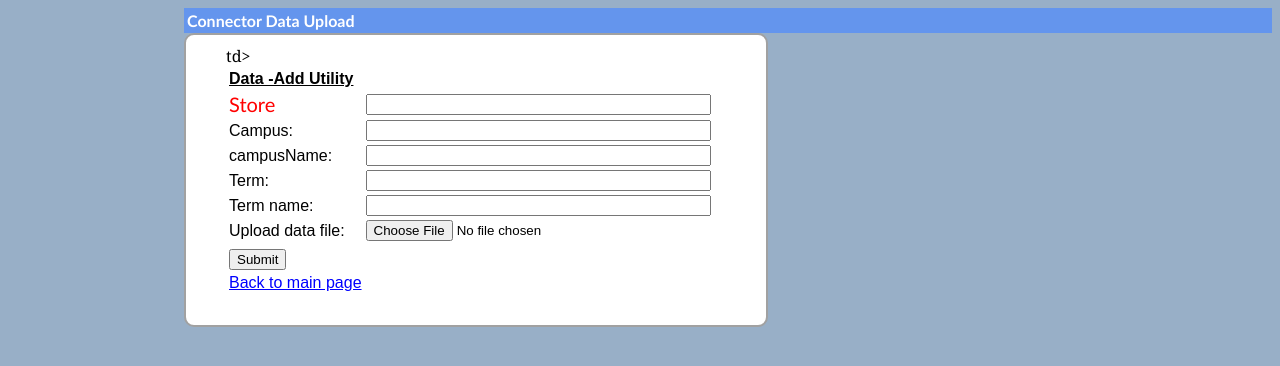
Repository: caditya/Dataupload
Page: http://localhost/connectordata/WEB-INF/views/datainput.jsp
The author's editor kept a copy of each file at every save. The page is drawn from the files as they stood at one save, then again after the next save.
The browser window is 1280 px wide. The pictures show the whole page.
Some web libraries are served in a nearby version. The page is served by Tomcat 9. Nobody is signed in. The template is opened directly, without the code that normally fills it, so the values that code supplies are empty.

Above is the page before, as saved 2014-07-21 19:53:56.

After the next save:
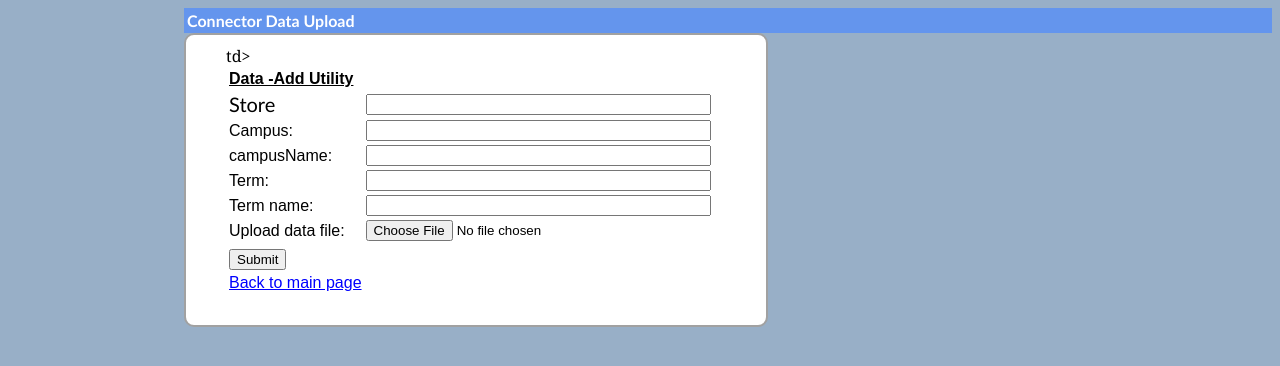
Saved 26 s later.
--- a/QAFileUpload/connectordata/src/main/webapp/WEB-INF/views/datainput.jsp
+++ b/QAFileUpload/connectordata/src/main/webapp/WEB-INF/views/datainput.jsp
@@ -88,7 +88,7 @@ function createstart(){
 
 			</tr>
 			<tr>
-				<td><p style="font-family:calibri;color:red;font-size:20px;">Store</p></td>td>
+				<td><p style="font-family:calibri;font-size:20px;">Store</p></td>td>
 				<td> <form:input path="store"  size="40"/></td>
 				<td><form:errors path="store" cssClass="error" /></td>
 			</tr>
